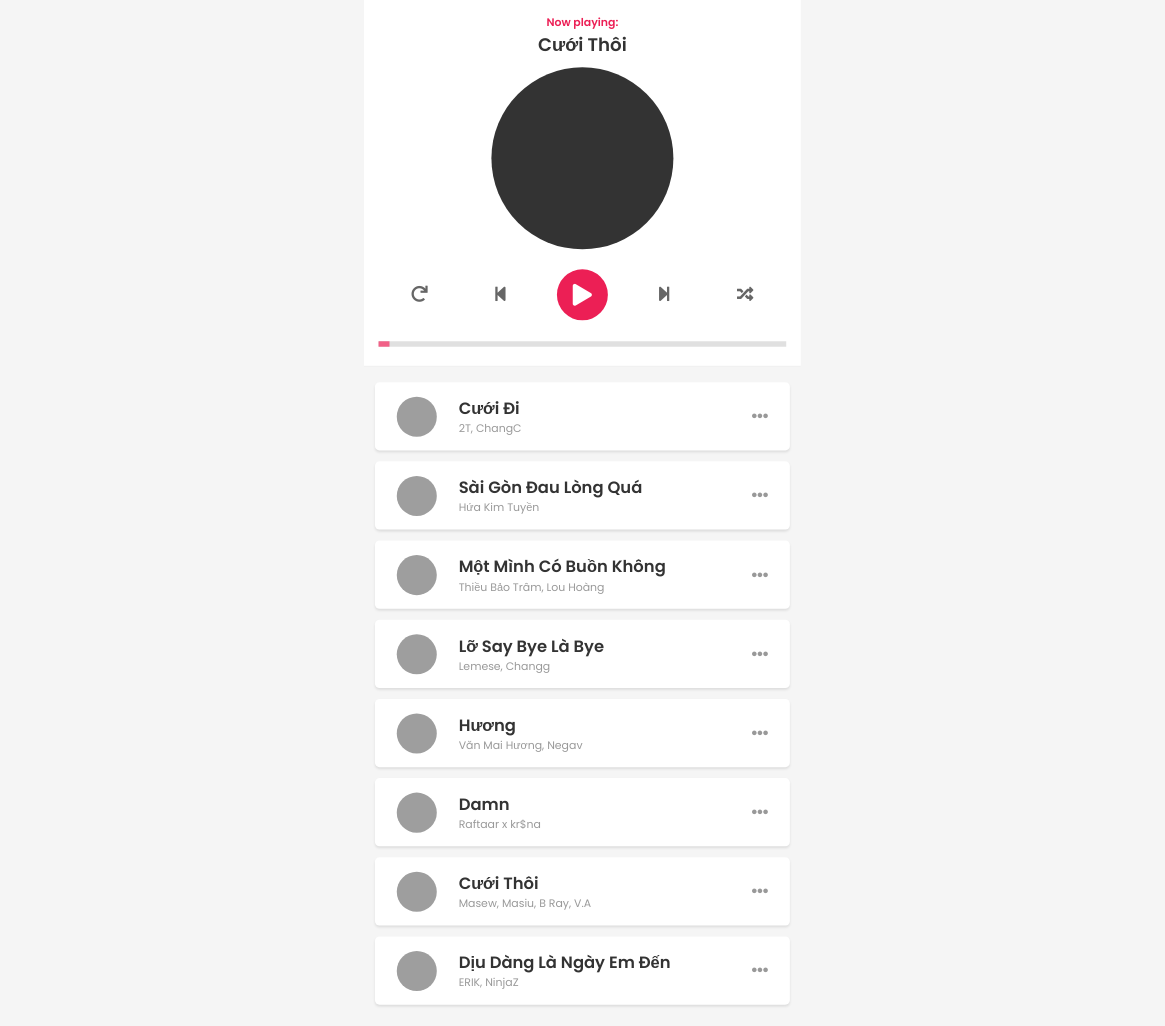
Repository: esplen74/Music
Page: music.html
An editor plug-in stored every save of this project. The page is shown before and after the next save, followed by the edit.
The browser window is 1280 px wide. The pictures show the whole page, at 91% of full size.
Pictures or frames that could not be fetched are drawn as grey boxes.

Above is the page before, as saved 2021-11-09 10:32:29.

After the next save:
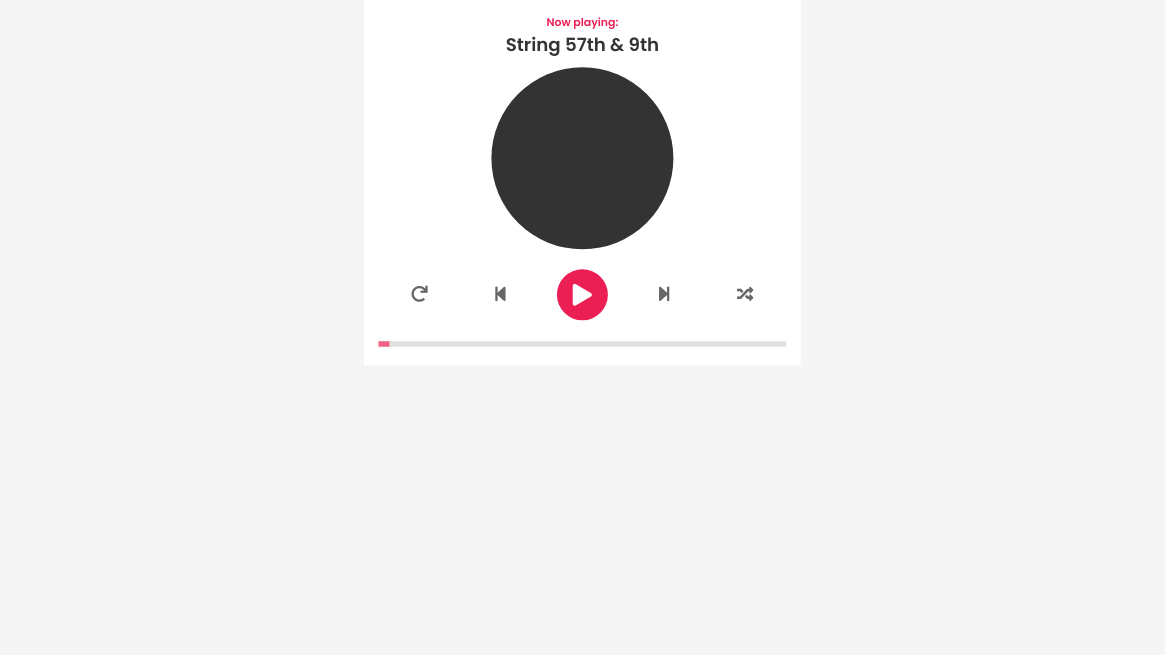
Console error: TypeError: Cannot read properties of undefined (reading 'songs')
Saved 11 s later.
--- a/music.js
+++ b/music.js
@@ -122,7 +122,7 @@
     })
   },
   loadCurrentSong: function() {
-    heading.textContent = this.currentSong.name
+    heading.textContent = this.this.songs[this.currentIndex].name
   },
   start: function () {
     //ĐỊNh nghĩa các thuộc tính

After the save that followed:
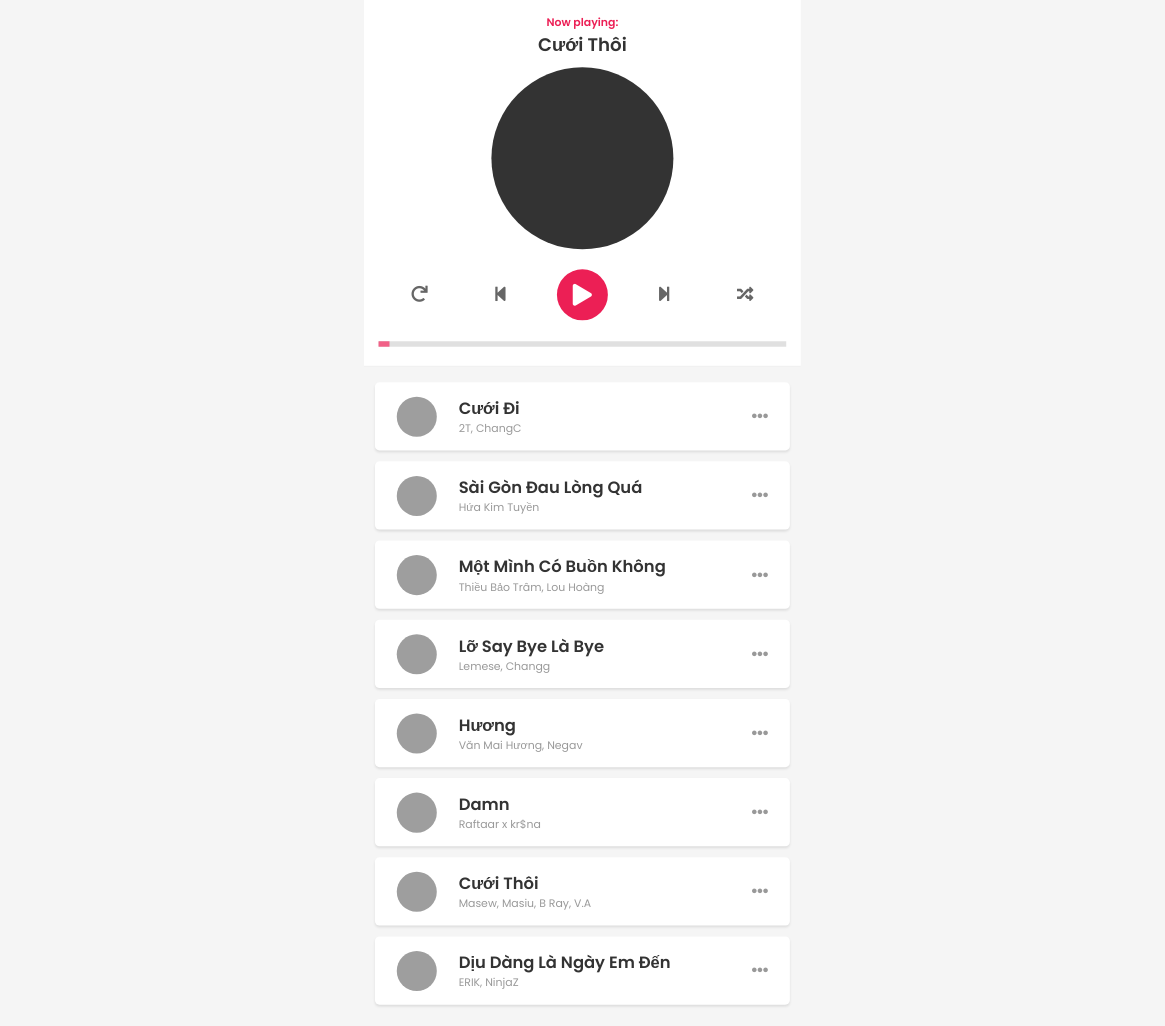
The error is gone.
Saved 4 s later.
--- a/music.js
+++ b/music.js
@@ -122,7 +122,7 @@
     })
   },
   loadCurrentSong: function() {
-    heading.textContent = this.this.songs[this.currentIndex].name
+    heading.textContent = this.currentSong.name
   },
   start: function () {
     //ĐỊNh nghĩa các thuộc tính
